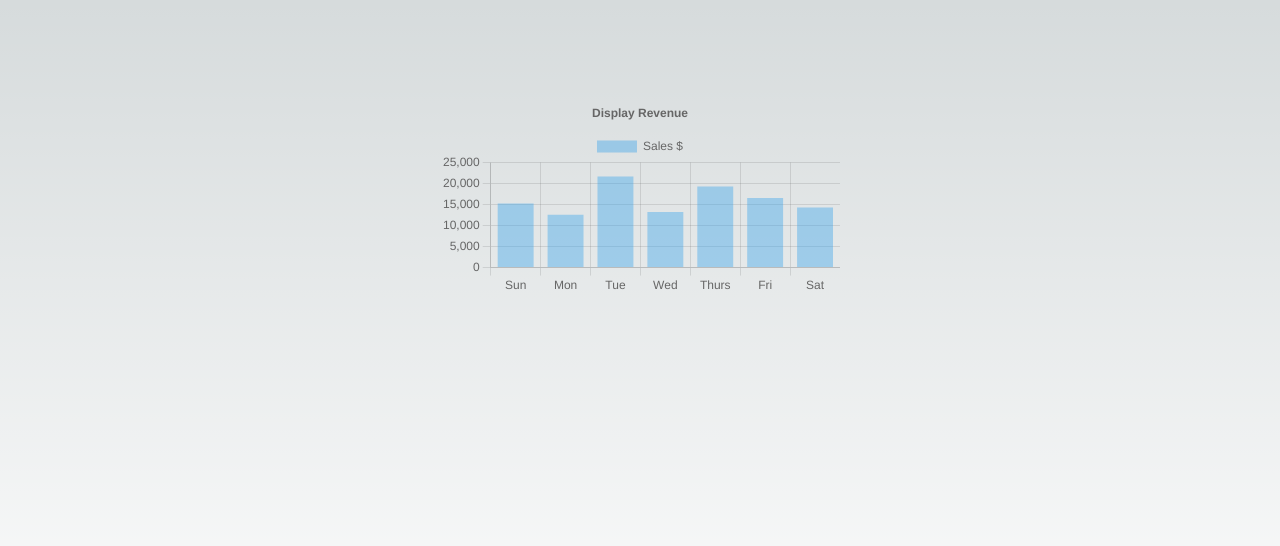
Repository: RonanKhalilOlaes/Week-12-chartActivity
Page: /
An editor plug-in stored every save of this project. The page is shown before and after the next save, followed by the edit.
The browser window is 1280 px wide. The pictures show the whole page.
The project was rebuilt for these pictures with package versions that can differ from the ones it lists, and the page was loaded fresh each time. The framework's server and built-in components were replaced by stand-ins that run in the browser. Also part of the build but not shown: next.config.js.

Above is the page before, as saved 2023-03-20 10:40:48.

### pages/index.js
import Head from 'next/head'
import Image from 'next/image'
import { Inter } from 'next/font/google'
import styles from '@/styles/Home.module.css'
import BarChart from '@/components/BarChart'

const inter = Inter({ subsets: ['latin'] })

export default function Home() {
  return (
    <>
      <Head>
        <title>Create Next App</title>
        <meta name="description" content="Generated by create next app" />
        <meta name="viewport" content="width=device-width, initial-scale=1" />
        <link rel="icon" href="/favicon.ico" />
      </Head>
      <main className={styles.main}>
        <BarChart/>
      </main>
    </>
  )
}

### styles/Home.module.css
.main {
  display: flex;
  flex-direction: column;
  justify-content: space-between;
  align-items: center;
  padding: 6rem;
  min-height: 100vh;
}

### components/BarChart/index.js
import { useState, useEffect } from "react"
import styles from './BarChart.module.css'

import { Bar } from 'react-chartjs-2'

import {
    Chart as ChartJS,
    CategoryScale,
    LinearScale,
    BarElement,
    Title,
    Tooltip,
    Legend
} from 'chart.js'

ChartJS.register(
    CategoryScale,
    LinearScale,
    BarElement,
    Title,
    Tooltip,
    Legend
)

export default function BarChart () {

    const [chartData, setChartData] = useState ({
        datasets: []
    })

    const [ chartOptions, setChartOptions] = useState ({})

    useEffect (() => {
        setChartData ({
            labels: ["Sun", "Mon", "Tue", "Wed", "Thurs", "Fri", "Sat"],
            datasets: [
                {
                    label: "Sales $",
                    data: [15235, 12553, 21635, 13214, 19245, 16524, 14295],
                    borderColor: 'rgb(53, 162, 235)',
                    backgroundColor: 'rgba(53, 162, 235, 0.4)'
                }
            ]
        })
        setChartOptions({

            plugins: {
                Legend: {
                    position: 'top'
                },
                title: {
                    display: true,
                    text: "Display Revenue"
                }
            },
            maintainAspecRation: false,
            responsive: true
        })
    }, [])



    return (
        <>
            <div className={styles.container}>
                <Bar data={chartData} options={chartOptions} />

            </div>
        </>
    )
}

### components/BarChart/BarChart.module.css
.container {
    width: 400px;
    height: 400px;
}

Loaded but not shown: pages/_app.js (common file); pages/_document.js (common file); styles/globals.css (common file)

After the next save:
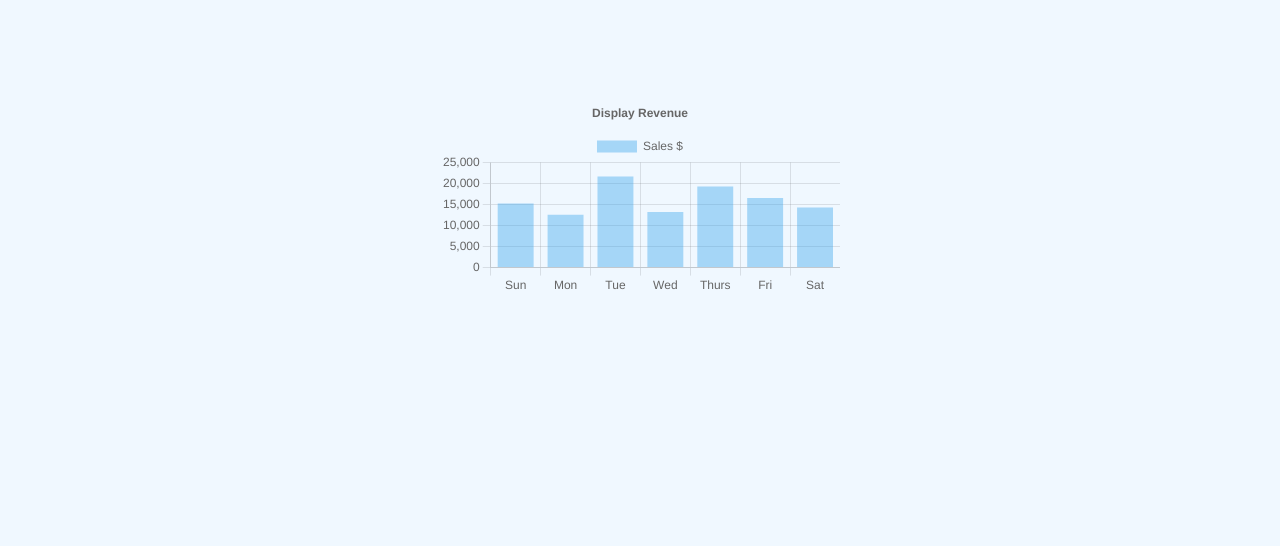
Saved 37 s later.
--- a/styles/Home.module.css
+++ b/styles/Home.module.css
@@ -5,4 +5,5 @@
   align-items: center;
   padding: 6rem;
   min-height: 100vh;
+  background-color: aliceblue;
 }
